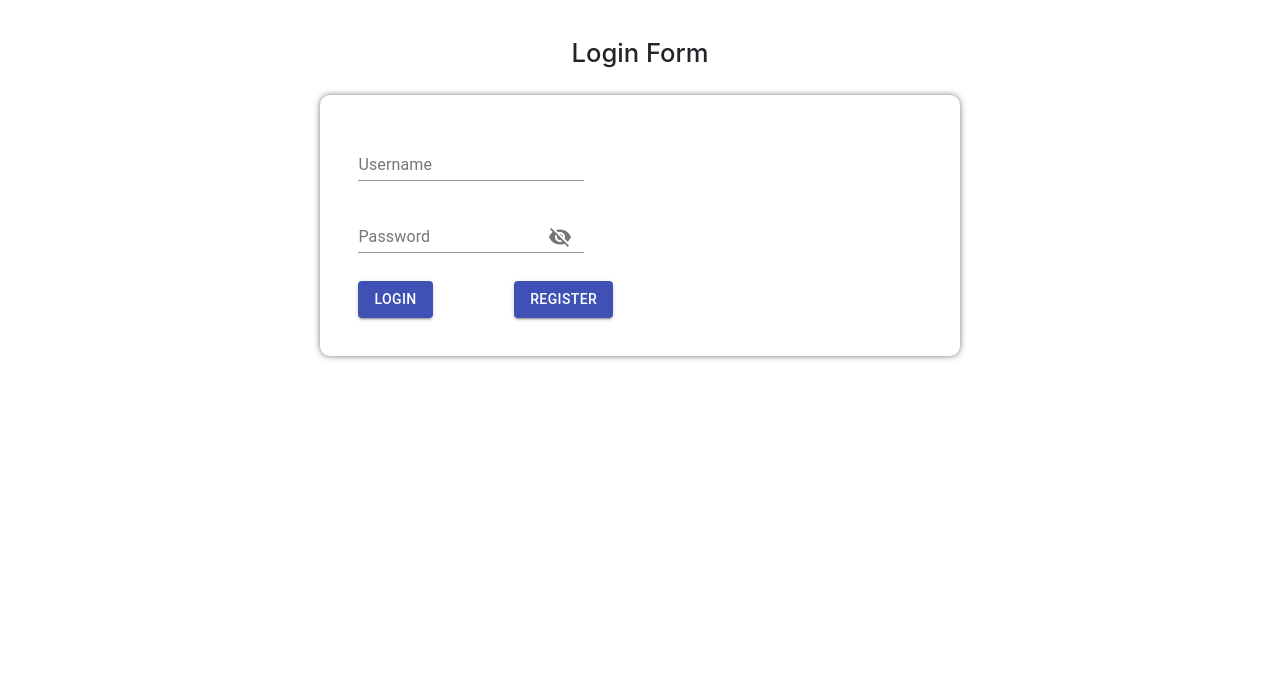
Repository: lalji-yadav/Nimapinfotech-demo-project
Page: /
An editor plug-in stored every save of this project. The page is shown before and after the next save, followed by the edit.
The browser window is 1280 px wide. The pictures show the whole page.
The project was rebuilt for these pictures with package versions that can differ from the ones it lists, and the page was loaded fresh each time. Also part of the build but not shown: src/components/Tasks.js, src/components/Users.js.

Above is the page before, as saved 2021-01-18 13:11:28.

After the next save:
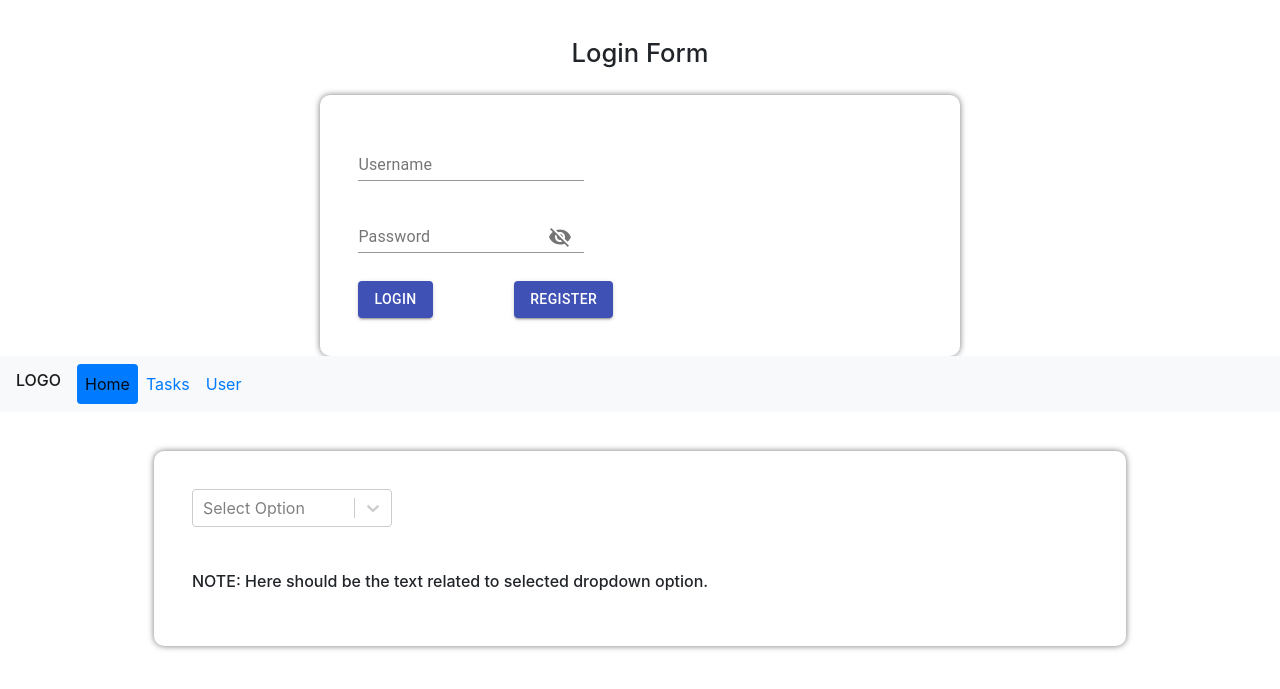
Saved 50 s later.
--- a/src/App.js
+++ b/src/App.js
@@ -8,7 +8,7 @@ function App() {
     <div>
 
     <Login />
-    {/* <Navbar /> */}
+    <Navbar />
     </div>
   );
 }
